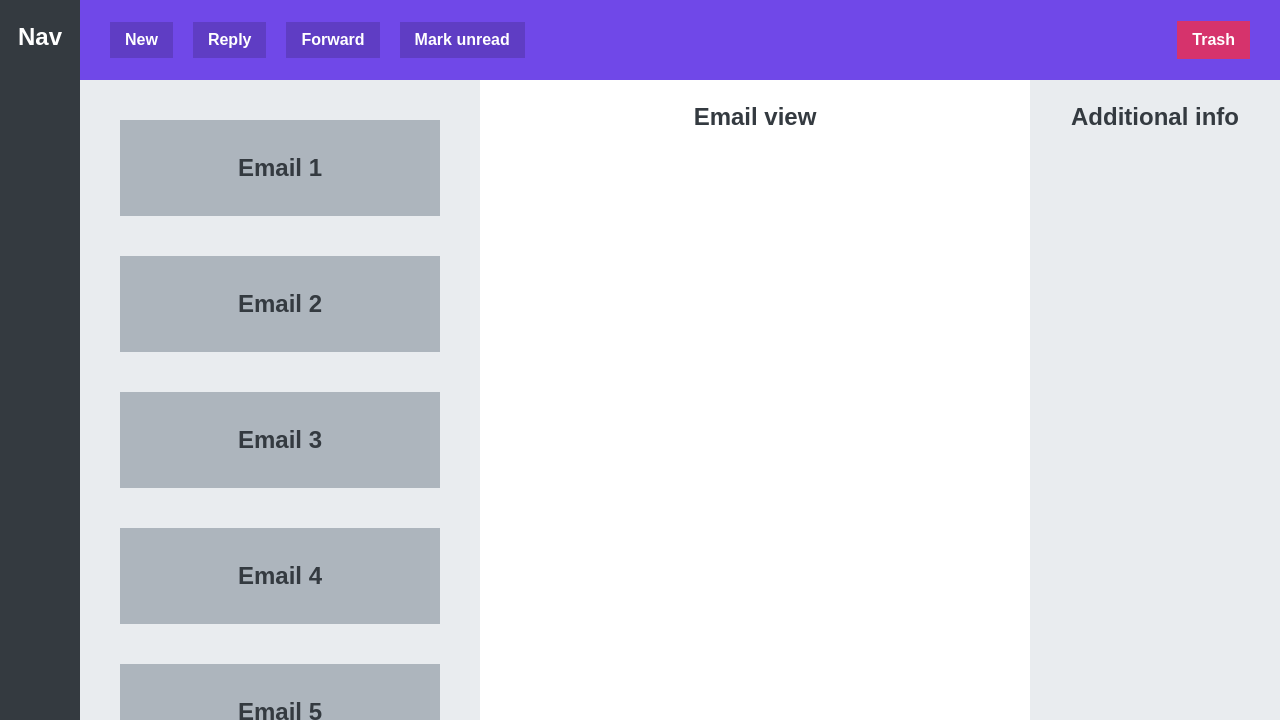
Repository: Ahmed123rezk123/06-Components
Page: app-layout.html
The author's editor kept a copy of each file at every save. The page is drawn from the files as they stood at one save, then again after the next save.
The browser window is 1280 px wide. The pictures show the whole page.

Above is the page before, as saved 2024-09-18 10:53:58.

After the next save:
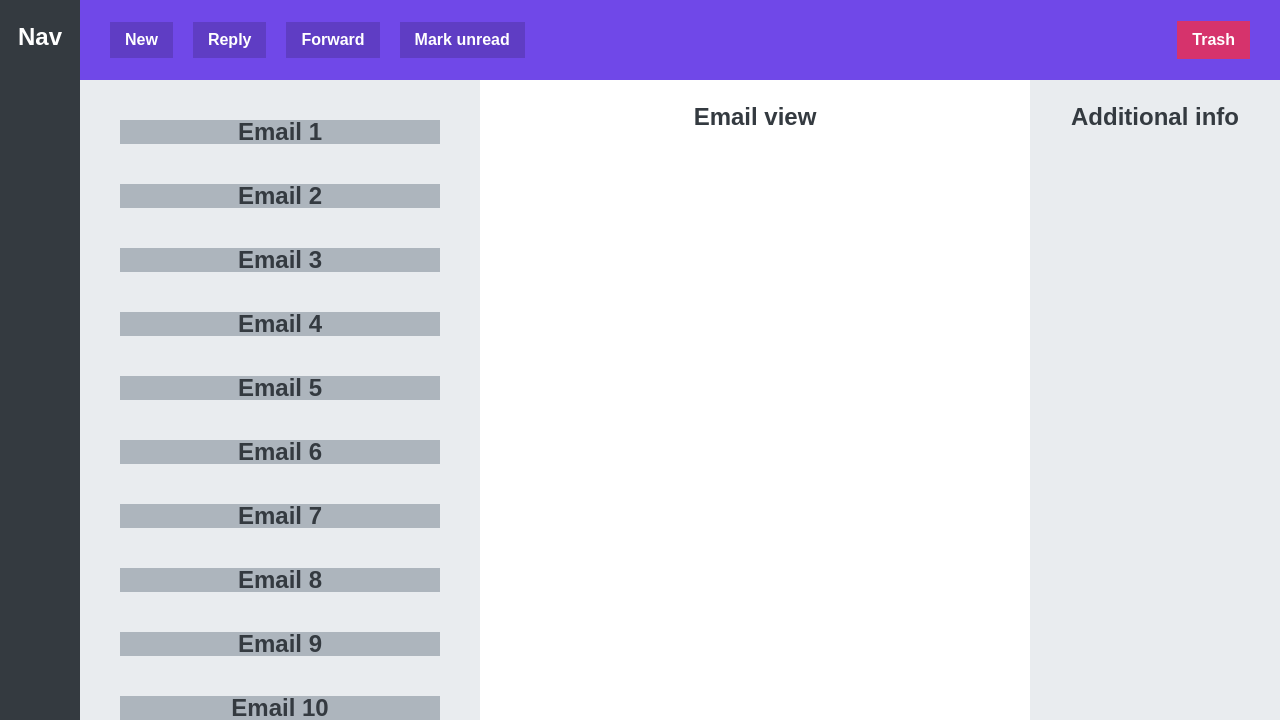
Saved 2 min 43 s later.
--- a/app-layout.html
+++ b/app-layout.html
@@ -90,7 +90,8 @@
         align-items: center;
         background-color: #adb5bd;
         height: 96px;
-        flex-shrink: 0;
+        /* flex-shrink: 0; */
+        flex-grow: 1;
       }
       aside {
         background-color: #e9ecef;

After the 3 saves that followed:
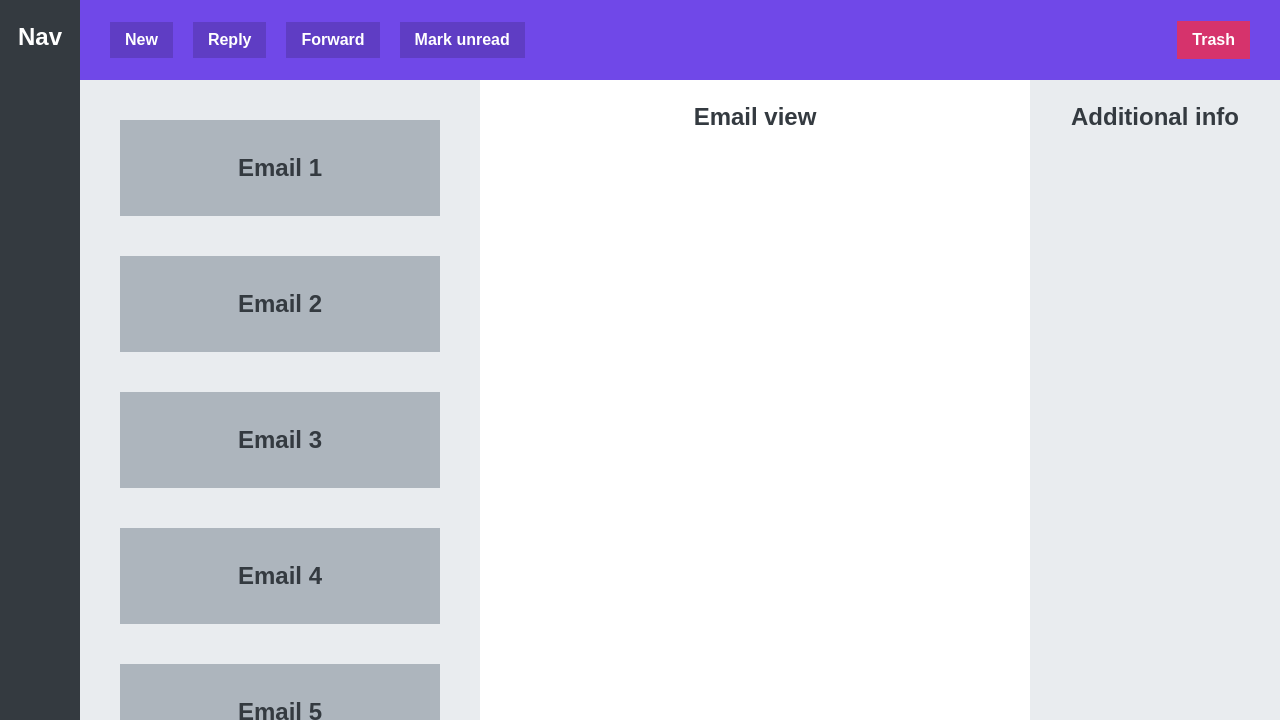
The 3 saves are shown as one change because 2 left the picture as it was.
The last was saved 28 s later.
--- a/app-layout.html
+++ b/app-layout.html
@@ -90,8 +90,8 @@
         align-items: center;
         background-color: #adb5bd;
         height: 96px;
-        /* flex-shrink: 0; */
-        flex-grow: 1;
+        flex-shrink: 0;
+        flex-grow: 0;
       }
       aside {
         background-color: #e9ecef;
